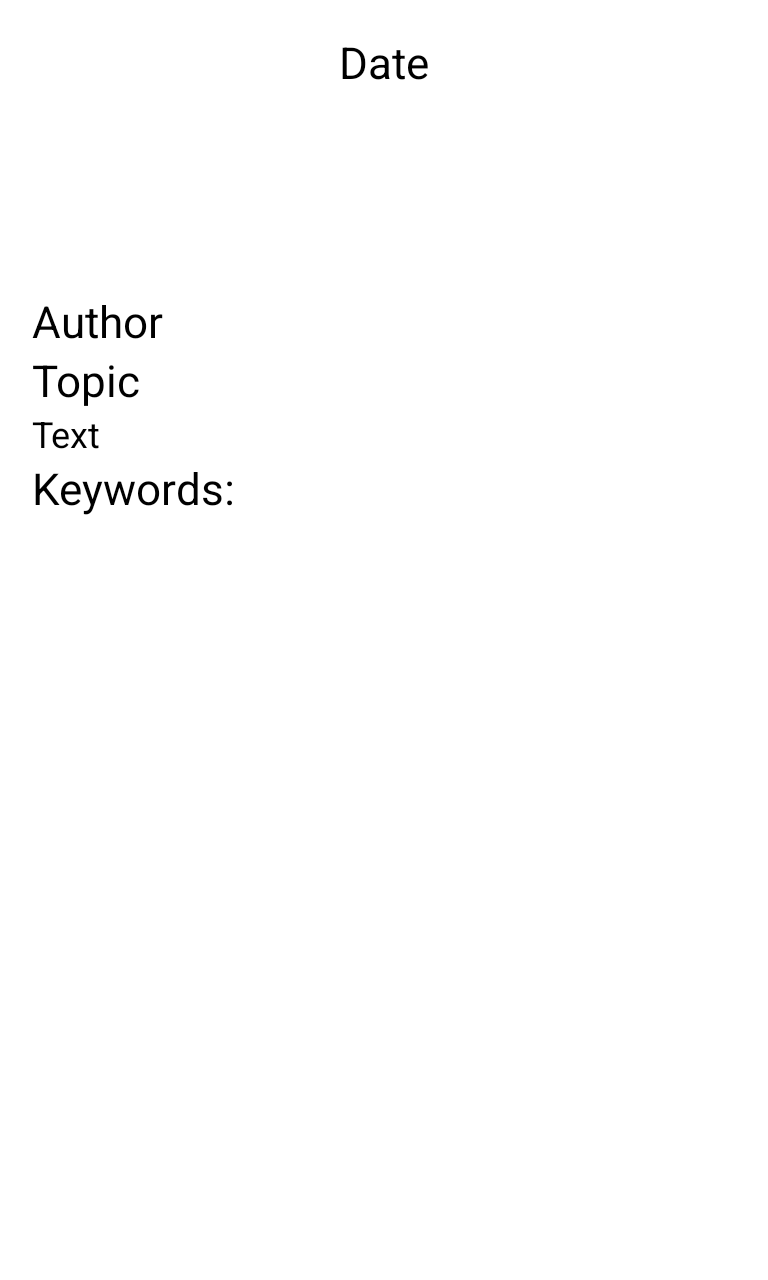
Repository: marvhew/JSON
Layout: JSON/res/layout/activity_post.xml
The author's editor kept a copy of each file at every save. The layout is drawn from the files as they stood at one save, then again after the next save.
It is drawn on a 768 x 1280 px phone screen (xhdpi) without system bars, with theme AppTheme; the app's code is not run. Lists and similar views that code fills are empty.

Above is the layout before, as saved 2015-02-02 08:56:51.

After the next save:
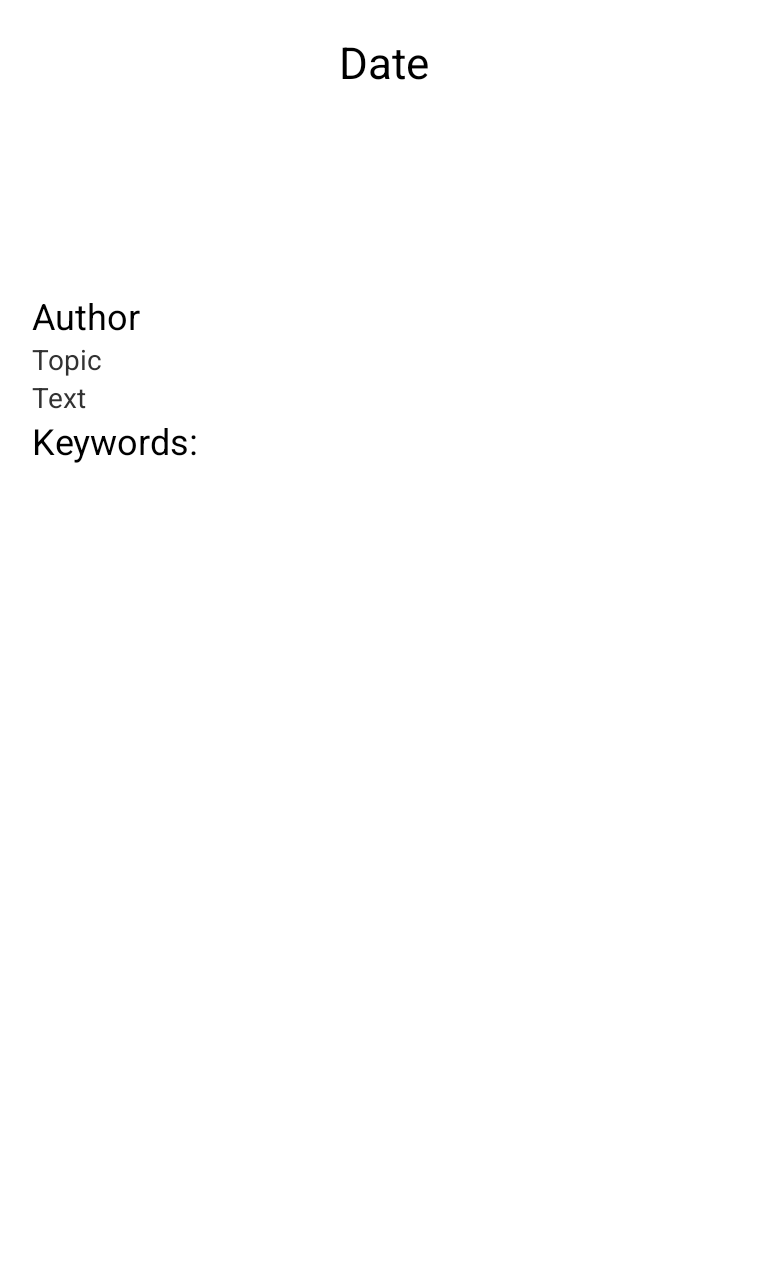
Saved 3 min 2 s later.
--- a/JSON/res/layout/activity_post.xml
+++ b/JSON/res/layout/activity_post.xml
@@ -15,7 +15,7 @@
         android:layout_alignParentLeft="true"
         android:layout_below="@+id/Txt_Author"
         android:text="Topic"
-        android:textAppearance="?android:attr/textAppearanceLarge" />
+        android:textAppearance="?android:attr/textAppearanceSmall" />
 
     <TextView
         android:id="@+id/Txt_Date"
@@ -24,24 +24,6 @@
         android:layout_alignParentTop="true"
         android:layout_centerHorizontal="true"
         android:text="Date"
-        android:textAppearance="?android:attr/textAppearanceLarge" />
-
-    <TextView
-        android:id="@+id/Txt_Text"
-        android:layout_width="wrap_content"
-        android:layout_height="wrap_content"
-        android:layout_alignLeft="@+id/Txt_Topic"
-        android:layout_below="@+id/Txt_Topic"
-        android:text="Text"
-        android:textAppearance="?android:attr/textAppearanceMedium" />
-
-    <TextView
-        android:id="@+id/Txt_Keywords"
-        android:layout_width="wrap_content"
-        android:layout_height="wrap_content"
-        android:layout_alignParentLeft="true"
-        android:layout_below="@+id/Txt_Text"
-        android:text="Keywords:"
         android:textAppearance="?android:attr/textAppearanceLarge" />
 
     <ListView
@@ -69,6 +51,24 @@
         android:layout_alignLeft="@+id/imageView1"
         android:layout_below="@+id/imageView1"
         android:text="Author"
-        android:textAppearance="?android:attr/textAppearanceLarge" />
+        android:textAppearance="?android:attr/textAppearanceMedium" />
+
+    <TextView
+        android:id="@+id/Txt_Text"
+        android:layout_width="wrap_content"
+        android:layout_height="wrap_content"
+        android:layout_alignLeft="@+id/Txt_Topic"
+        android:layout_below="@+id/Txt_Topic"
+        android:text="Text"
+        android:textAppearance="?android:attr/textAppearanceSmall" />
+
+    <TextView
+        android:id="@+id/Txt_Keywords"
+        android:layout_width="wrap_content"
+        android:layout_height="wrap_content"
+        android:layout_alignParentLeft="true"
+        android:layout_below="@+id/Txt_Text"
+        android:text="Keywords:"
+        android:textAppearance="?android:attr/textAppearanceMedium" />
 
 </RelativeLayout>
